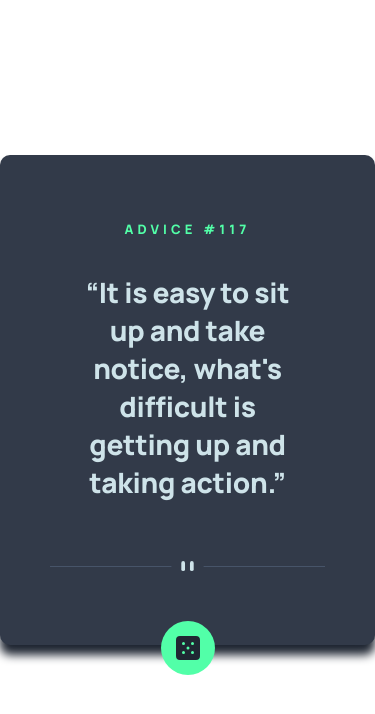
Repository: Arkitecth/advice-generator
Page: index.html
These files come from the project's save history. The page is drawn as it stood at one moment and after the next save; the edit follows.
The browser window is 375 px wide. The pictures show the whole page.

Above is the page before, as saved 2023-07-12 18:39:20.

After the next save:
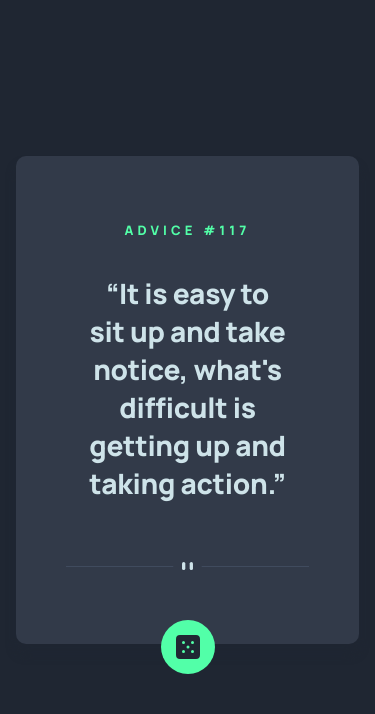
Saved 28 s later.
--- a/style.css
+++ b/style.css
@@ -75,7 +75,7 @@
 }
 
 @media screen and (max-width:375px) {
-    body {
-        background-color: white;
+    .container {
+        width: 343px;
     }
 }
